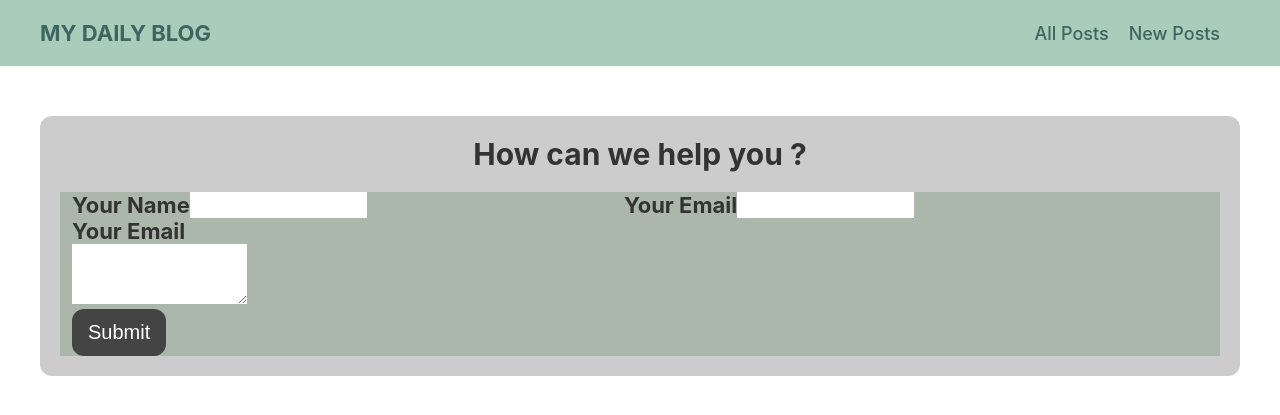
Repository: lyvandat/post-project-nextjs
Page: /new-post
These files come from the project's save history. The page is drawn as it stood at one moment and after the next save; the edit follows.
The browser window is 1280 px wide. The pictures show the whole page.
The project was rebuilt for these pictures with package versions that can differ from the ones it lists, and the page was loaded fresh each time. The framework's server and built-in components were replaced by stand-ins that run in the browser. Also part of the build but not shown: next.config.js.

Above is the page before, as saved 2022-09-26 18:37:58.

After the next save:
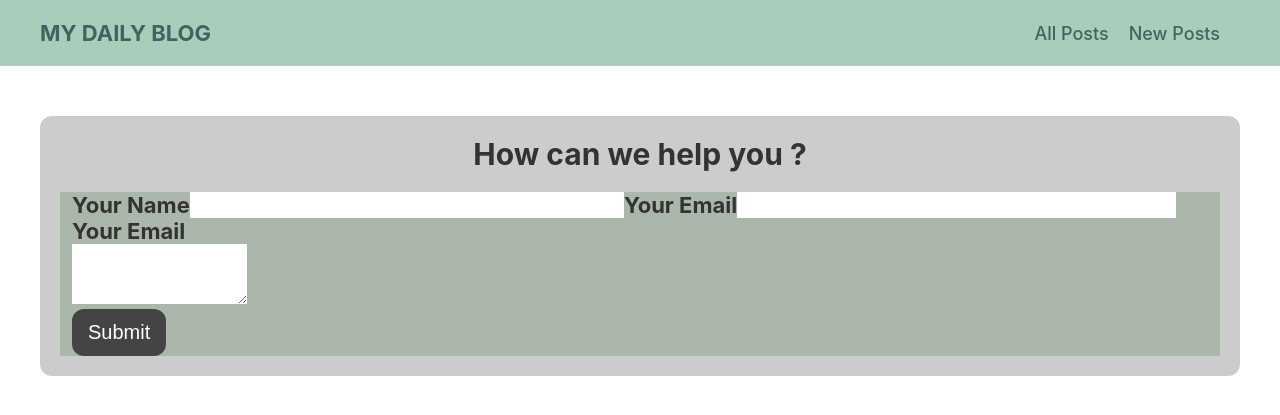
Saved 7 s later.
--- a/components/posts/NewPost.module.css
+++ b/components/posts/NewPost.module.css
@@ -29,6 +29,10 @@
   display: flex;
 }
 
+.control input {
+  flex: 1;
+}
+
 .text label {
   display: block;
 }
